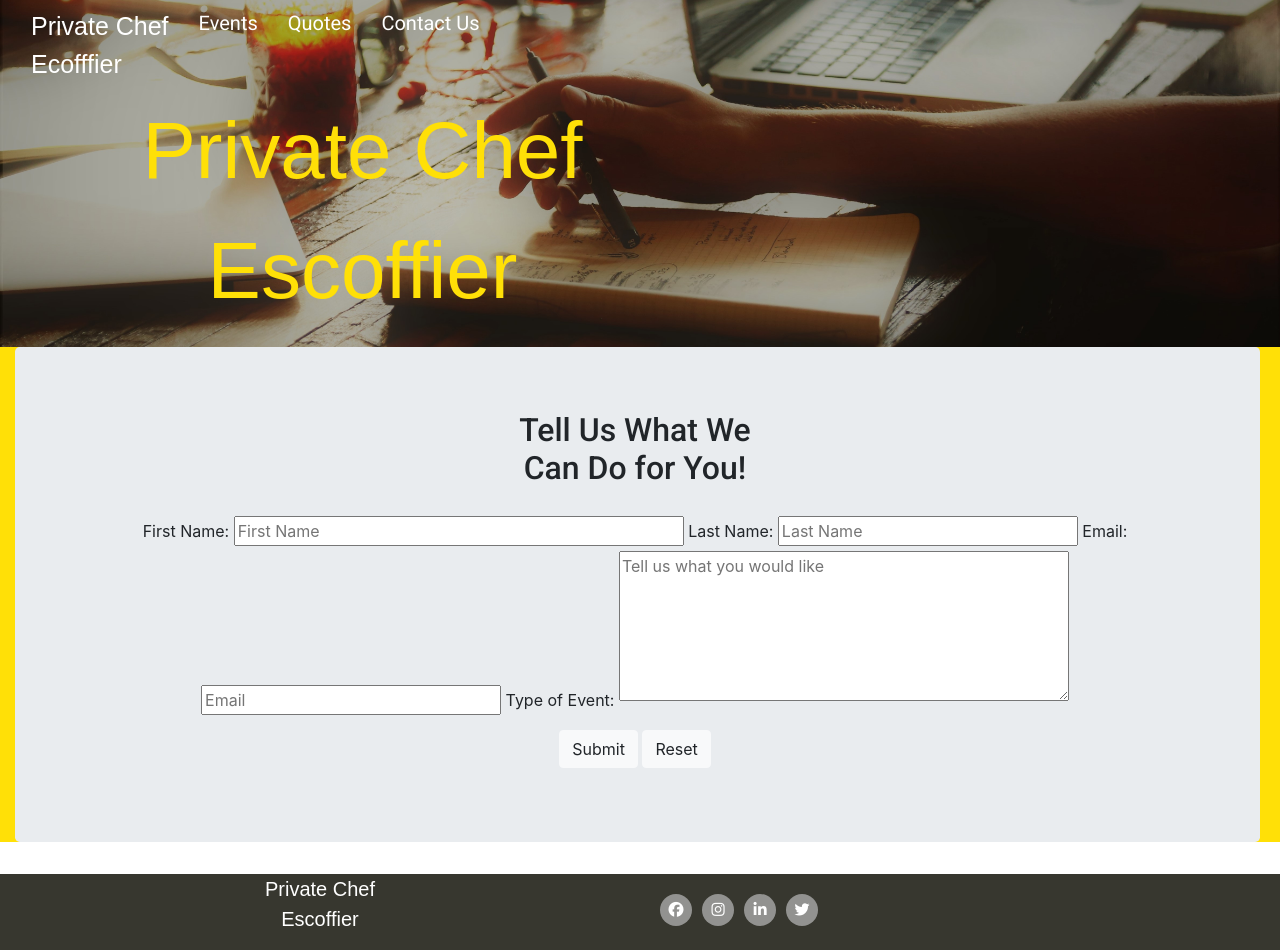
Repository: Mrsebastino/First-Milestone
Page: contact.html
The author's editor kept a record of every edit. The page is drawn from the files as they stood at one moment, then again after the next edit.
The browser window is 1280 px wide. The pictures show the whole page.
Some web fonts or font styles are not loaded; a fallback is used. Some web libraries are served in a nearby version.

Above is the page before.

### contact.html
<!DOCTYPE html>
<html lang="en">

<head>
    <meta charset="UTF-8">
    <meta name="viewport" content="width=device-width, initial-scale=1.0">
    <meta http-equiv="X-UA-Compatible" content="ie=edge">
    <title>Private Chef Escoffier</title>
    <script src="https://code.jquery.com/jquery-3.3.1.slim.min.js" integrity="sha384-q8i/X+965DzO0rT7abK41JStQIAqVgRVzpbzo5smXKp4YfRvH+8abtTE1Pi6jizo" crossorigin="anonymous"></script>
    <script src="https://cdnjs.cloudflare.com/ajax/libs/popper.js/1.14.7/umd/popper.min.js" integrity="sha384-UO2eT0CpHqdSJQ6hJty5KVphtPhzWj9WO1clHTMGa3JDZwrnQq4sF86dIHNDz0W1" crossorigin="anonymous"></script>
    <link rel="stylesheet" href="https://stackpath.bootstrapcdn.com/bootstrap/4.3.1/css/bootstrap.min.css" integrity="sha384-ggOyR0iXCbMQv3Xipma34MD+dH/1fQ784/j6cY/iJTQUOhcWr7x9JvoRxT2MZw1T" crossorigin="anonymous">
    <script src="https://stackpath.bootstrapcdn.com/bootstrap/4.3.1/js/bootstrap.min.js" integrity="sha384-JjSmVgyd0p3pXB1rRibZUAYoIIy6OrQ6VrjIEaFf/nJGzIxFDsf4x0xIM+B07jRM" crossorigin="anonymous"></script>
    <script src="https://kit.fontawesome.com/59067acff4.js" crossorigin="anonymous"></script>
    <link rel="stylesheet" href="assets/css/style.css" type="text/css" />

</head>
<!-- need to check that navbar i've deleted stuff that maybe..-->

<body>
    <header>
        <div class="container-fluid contact-bg">
            <div class="row ">
                <div class="col-sm-4 col-md-6">
                    <nav class="navbar navbar-expand-lg navbar-light bg-transparent">
                        <button class="navbar-toggler" type="button" data-toggle="collapse" data-target="#navbarNavDropdown" aria-controls="navbarNavDropdown" aria-expanded="false" aria-label="Toggle navigation">
                               <span class="navbar-toggler-icon"></span>
                            </button>
                        <div class="collapse navbar-collapse" id="navbarNavDropdown">
                            <ul class="navbar-nav">
                                <li class="nav-item active">
                                    <a class="nav-link-logo" href="index.html">Private Chef<br> Ecofffier <span class="sr-only"></span></a>
                                </li>
                                <li class="nav-item">
                                    <a class="nav-link" href="events.html">Events</a>
                                </li>
                                <li class="nav-item">
                                    <a class="nav-link" href="quotes.html">Quotes</a>
                                </li>
                                <li class="nav-item">
                                    <a class="nav-link" href="contact.html">Contact Us</a>
                                </li>
                            </ul>
                        </div>
                    </nav>
                </div>
                <div class="container">
                    <div class="row">
                        <div class="col-sm-4 col-md-6">
                            <p class="container-title"> Private Chef<br> Escoffier</p>
                        </div>
                    </div>
                </div>
            </div>
        </div>
    </header>
    <section>
        <div class="col contact-container-fluid">
            <div class="col jumbotron">
                <h2 class="header">Tell Us What We<br>Can Do for You!</h2>
                <form action="post">
                    <div class="form-box">
                        <label class="label" for="fname">First Name:</label>
                        <input id="fname" name="fname" type="text" placeholder="First Name">
                        <label class="label" for="lname">Last Name:</label>
                        <input style="width: 300px;" id="lname" name="lname" type="text" placeholder="Last Name">
                        <label class="label" for="email">Email:</label>
                        <input style="width: 300px;" id="email" name="email" type="email" placeholder="Email">
                        <label class="label" for="event">Type of Event:</label>
                        <textarea name="event" id="event" placeholder="Tell us what you would like"
                        style="height: 150px"></textarea>
                    </div>
                    <div class="button-container">
                        <input class="btn btn-light" type="submit" value="Submit">
                        <input class="btn btn-light" type="reset" value="Reset">
                    </div>
                </form>
            </div>
        </div>

    </section>
    <footer>
        <div class="container-fluid container-footer">
            <div class="row">
                <div class="col-6">
                    <p class="logo-footer">
                        <a class="logo-footer" href="index.html"><span>Private Chef<br>  Escoffier</span></a>
                    </p>
                </div>
                <div class="col-6">
                    <ul class="list-inline social-link">
                        <li class="list-inline-item">
                            <a href="www.facebook.com" <i class="fab fa-facebook" aria-hidden="true"></i>
                    <span class="sr-only">Facebook</span></a>
                            <a href="www.instagram.com" <i class="fab fa-instagram" aria-hidden="true"></i>
                    <span class="sr-only">instagram</span></a>
                            <a href="www.linkedin.com" <i class="fab fa-linkedin-in" aria-hidden="true"></i>
                    <span class="sr-only">LinkedIn</span></a>
                            <a href="www.twiter.com" <i class="fab fa-twitter" aria-hidden="true"></i>
                    <span class="sr-only">Twitter</span></a>
                        </li>
                    </ul>
                </div>
            </div>
        </div>
    </footer>
</body>

</html>

### assets/css/style.css
@import url('https://fonts.googleapis.com/css?family=Roboto:100,200,300,400,500,600,700|Mansalva:100,200,300,400,500,600,700');

.body {
    font-family: 'Roboto', sans-serif;
    margin: 0;
    padding: 0;
}

/*---------Header------*/

.row {
    margin: 0;
    padding: 0;
    overflow-x: hidden;

}

.container-fluid {
    margin: 0;
    padding: 0;
    height: auto;
}

.container-title {
    font-family: 'Mansalva', sans-serif;
    text-align: center;
    font-size: 80px;
    color: #ffe007;
}

/*---------backgrounfd image------*/

.container-landing-page {
    padding: 0;
    margin: 0;
    height: 100vh;
    background: url("../images/blur-chef-cooking-2403392.jpg") no-repeat center fixed;
    background-attachment: scroll;
    -webkit-background-size: cover;
    -moz-background-size: cover;
    -o-background-size: cover;
    background-size: cover;
}

.events-bg {
    padding: 0;
    margin: 0;
    background: url("../images/anise-aroma-art-277253.jpg") no-repeat center fixed;
    background-attachment: scroll;
    -webkit-background-size: cover;
    -moz-background-size: cover;
    -o-background-size: cover;
    background-size: cover;
}

.quotes-bg {
    padding: 0;
    margin: 0;
    background: url("../images/adult-bar-blur-696218.jpg") no-repeat center fixed;
    background-attachment: scroll;
    -webkit-background-size: cover;
    -moz-background-size: cover;
    -o-background-size: cover;
    background-size: cover;
}

.contact-bg {
    padding: 0;
    margin: 0;
    background: url("../images/conference-learning-meeting-7095.jpg") no-repeat center fixed;
    background-attachment: scroll;
    -webkit-background-size: cover;
    -moz-background-size: cover;
    -o-background-size: cover;
    background-size: cover;
}


/*---------Navbar------*/

.nav-link-logo {
    font-family: 'Mansalva', sans-serif;
    font-size: 25px;
    color: #fff;
    transition: all 0.5s ease-in-out;
    -moz-transition: all 0.5s ease-in-out;
    -webkit-transition: all 0.5s ease-in-out;
    -o-transition: all 0.5s ease-in-out;
}

.nav-link-logo:hover {
    color: #ffe007;
    text-decoration: none;
}

.nav-link {
    font-family: 'Roboto', sans-serif;
    font-size: 20px;
    color: #fff;
    transition: all 0.5s ease-in-out;
    -moz-transition: all 0.5s ease-in-out;
    -webkit-transition: all 0.5s ease-in-out;
    -o-transition: all 0.5s ease-in-out;
}

.navbar-light .navbar-nav .nav-link {
    color: #fff;
    margin-left: 30px;
    padding: 0px;
}

.navbar-light .navbar-nav .nav-link:hover {
    color: #ffe107;

}

.navbar-toggler-icon {
    color: #fff;
    display: inline-block;
    width: 1.5em;
    height: 1.5em;
    vertical-align: middle;
    background: no-repeat center center;
    background-size: 100% 100%;
}

.navbar-toggler {
    padding: .25rem .75rem;
    font-size: 1.25rem;
    line-height: 1;
    background-color: #ffe007;
    border: 1px solid transparent;
    border-radius: .25rem;
}

/*---------events------*/

.container-event {
    margin: 0;
    padding: 0;
    height: auto;
    background-color: #f6f6f0;
}

.event-heading {
    font-family: 'Mansalva', sans-serif;
    font-size: 60px;
    text-align: center;
    font-weight: 500;
    color: #ffe007;
}

.event-information {
    height: auto;
    color: black;
    text-align: center;
    font-size: 20px;
    font-weight: 500;
}

.event-photo {
    padding-bottom: 10px;
    padding-top: 20px;
    height: auto;
    display: inline-block;
    text-align: center;
}

.square {
    border: 1px solid black;
}

/*---------quotes------*/

.quotes-container {
    font-family: 'Roboto', sans-serif;
    font-size: 20px;
    height: auto;
}

.quotes-container-right {
    font-family: 'Roboto', sans-serif;
    font-size: 20px;
    margin-left: 50%;
    height: auto;
}

/*---------contact us------*/

.contact-container-fluid {
    background-color: #ffe007;
}

.col {
    padding-left: 15px;
    padding-right: 20px;
}

.header {
    font-family: 'Roboto', sans-serif;
    text-align: center;
    padding-bottom: 20px;
}

form {
    text-align: center;
    width: auto;
}

.form-container {
    display: inline-grid;
}

.input,#fname,#lname,#email,#date,#event {
    width: 450px;
    margin-bottom: 5px;
}

.button-container {
    margin-top: 10px;
    margin-bottom: 10px;
    text-align: center;
}


/*---------Footer------*/

.container-footer {
    position: absolute;
    width: 100%;
    background-color: #37372F;
}

.list-inline-item {
    display: inline-table;
}

.logo-footer {
    font-family: 'Mansalva', sans-serif;
    font-size: 20px;
    color: #fff;
    text-align: center;
    transition: all 0.5s ease-in-out;
    -moz-transition: all 0.5s ease-in-out;
    -webkit-transition: all 0.5s ease-in-out;
    -o-transition: all 0.5s ease-in-out;
}

.logo-footer:hover {
    color: #ffe007;
    text-decoration: none;
}

.fab {
    margin-left:5px;
    margin-right: 5px;
    height: 32px;
    width: 32px;
    padding: 12px 0;
    border-radius: 50px;
    text-align: center;
    font-size: 15px;
    line-height: 7px;
    margin-top: 20px;
    color: #fff;
    background-color: #929290;
    transition: all 0.5s ease-in-out;
    -moz-transition: all 0.5s ease-in-out;
    -webkit-transition: all 0.5s ease-in-out;
    -o-transition: all 0.5s ease-in-out;
}

.fab:hover {
    color: #ffe007;
    text-decoration: none;
    font-size: 25px;
}

@media(max-width: 767px) {
    .logo-footer {
        display: none;
    }
    .list-inline.social-link {
        text-align: center;
    }
}

After the next edit:
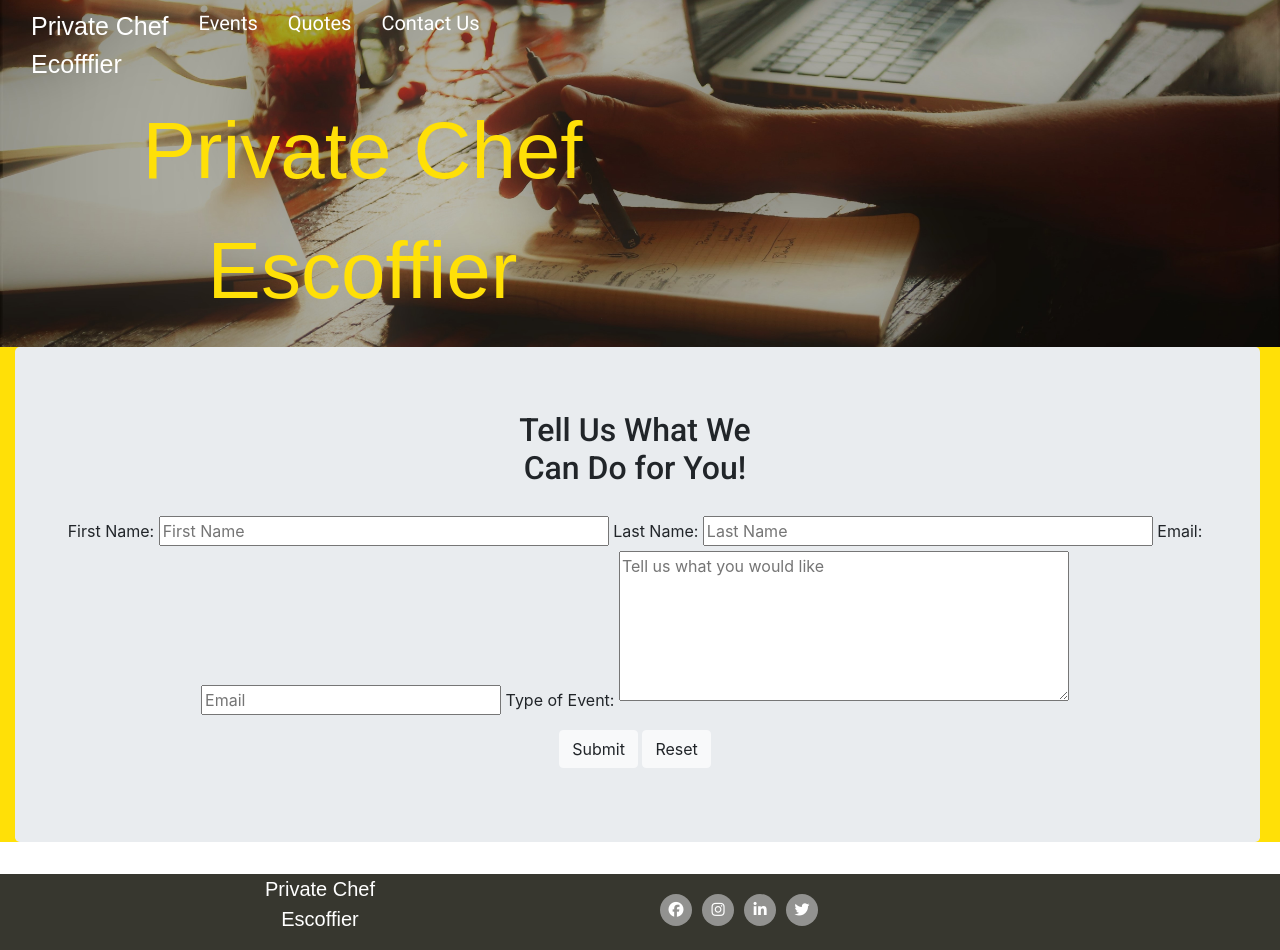
The edit:
--- a/contact.html
+++ b/contact.html
@@ -62,7 +62,7 @@
                         <label class="label" for="fname">First Name:</label>
                         <input id="fname" name="fname" type="text" placeholder="First Name">
                         <label class="label" for="lname">Last Name:</label>
-                        <input style="width: 300px;" id="lname" name="lname" type="text" placeholder="Last Name">
+                        <input id="lname" name="lname" type="text" placeholder="Last Name">
                         <label class="label" for="email">Email:</label>
                         <input style="width: 300px;" id="email" name="email" type="email" placeholder="Email">
                         <label class="label" for="event">Type of Event:</label>
